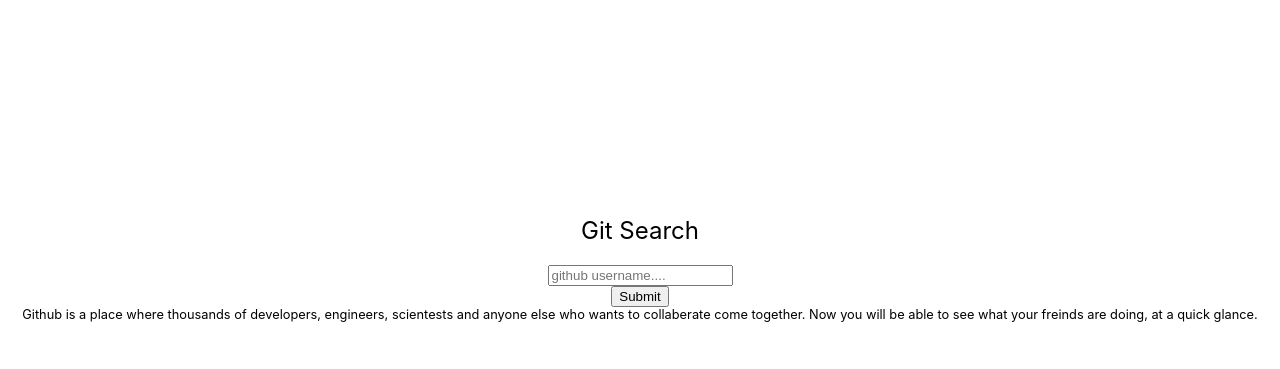
Repository: carlsopa/gitsearch
Page: / (app in gitsearch/)
An editor plug-in stored every save of this project. The page is shown before and after the next save, followed by the edit.
The browser window is 1280 px wide. The pictures show the whole page.
The project was rebuilt for these pictures with package versions that can differ from the ones it lists, and the page was loaded fresh each time. Also part of the build but not shown: gitsearch/src/components/profile.js, gitsearch/src/components/repo_card.js, gitsearch/src/components/repos.js.

Above is the page before, as saved 2020-06-23 08:33:29.

### gitsearch/src/App.js
import React,{useState,useEffect} from 'react';
import './App.css';
import'./design/git.css'
import Profile from './components/profile';
import Repos from './components/repos';
import Holder from './components/holder';


function App() {
  const uri = 'https://api.github.com/users/'
  const [searchTerm,setSearchTerm] = useState('')
  const [loaded,setLoaded] = useState(false);
  const [results, setResults] = useState([])
  const [error,setError] = useState('')
  const alpha=(data)=>{
    setSearchTerm(data);
  }
  const FetchUser=()=>{
    fetch(uri+searchTerm,{
      headers:{
        Authorization: "basic "+btoa('carlsopa')
      }
    })
    .then(res=>res.json())
    .then(
      (result)=>{
        setLoaded(true)
        setResults(result)
      },
      (error)=>{
        setLoaded(true)
        setError(error)
      }
    )
  }
  return (
    <div className="App">
      <header>
        {results.length!=0?<div><div class='header' id="header_search">Git Search</div>
        <input type="text" id="gitSearch" placeholder="git profile...." onChange={(e)=>setSearchTerm(e.target.value)}/>
        <a href="#" onClick={(e)=>FetchUser()}>Submit</a></div>:null}
      </header>
      {results.length===0?<Holder alpha={alpha} fetch={FetchUser}/>:
      <div><Profile values={results}/><Repos values={results}/></div>}
    </div>
  );
}

export default App;

### gitsearch/src/design/git.css
#start{
    position: relative;
    display: flex;
  flex-direction: column;
  align-items: center;
  /* justify-content: center; */
  /* min-height: 100vh; */
  top:30vh;
}
#title{
    margin-bottom:20px;
    /* font-size:1.25rem; */
}
.header{
    font-size:1.5rem;
}
#sub_text{
    font-size:.8rem;
}

### gitsearch/src/components/holder.js
import React from 'react';

function Holder(props) {
    return (
        <div id='start'>
            <div class='header' id='title'>Git Search</div>
            <input class="git_input" type="text" placeholder='github username....' onChange={(e)=>props.alpha(e.target.value)}/>
            <button class='git_submit' id='submit' type="button" onClick={(e)=>props.fetch()}>Submit</button>
            <div id="sub_text" >
                Github is a place where thousands of developers, engineers, scientests and anyone else who wants to collaberate come together.  Now you will be able to see what your freinds are doing, at a quick glance.
            </div>

        </div>
    )
}

export default Holder;

Loaded but not shown: gitsearch/public/index.html (common file); gitsearch/src/index.js (common file); gitsearch/src/index.css (common file); gitsearch/src/serviceWorker.js (common file); gitsearch/src/App.css (common file)

After the next save:
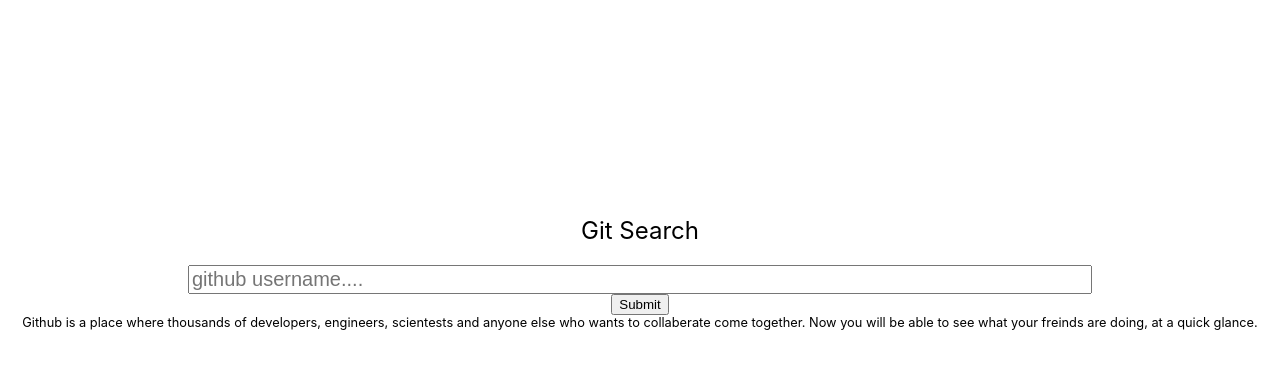
Saved 44 s later.
--- a/gitsearch/src/design/git.css
+++ b/gitsearch/src/design/git.css
@@ -17,3 +17,10 @@
 #sub_text{
     font-size:.8rem;
 }
+.git_input{
+    width:70vw;
+    font-size:1.25rem;
+}
+#submit{
+    margin:{10px 0};
+}
